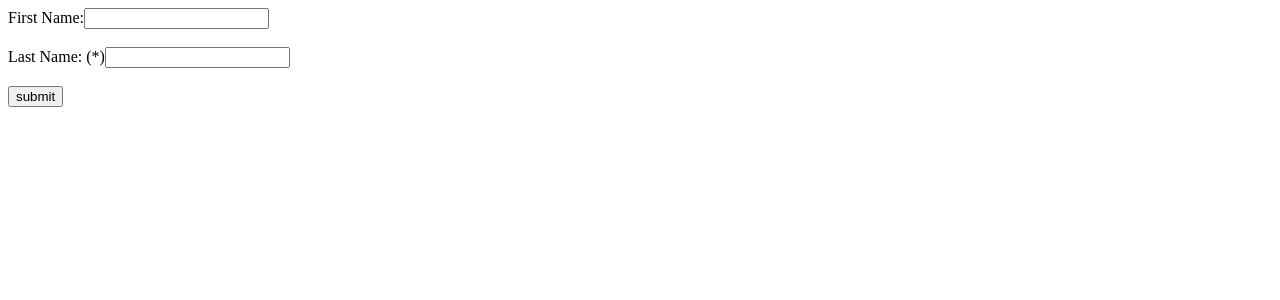
Repository: subhadeep-bis/spring-mvc
Page: http://localhost/form-tags-data-binding/customer/showForm
The author's editor kept a copy of each file at every save. The page is drawn from the files as they stood at one save, then again after the next save.
The browser window is 1280 px wide. The pictures show the whole page.
The page is served by Tomcat 9.

Above is the page before, as saved 2019-06-27 17:25:07.

After the next save:
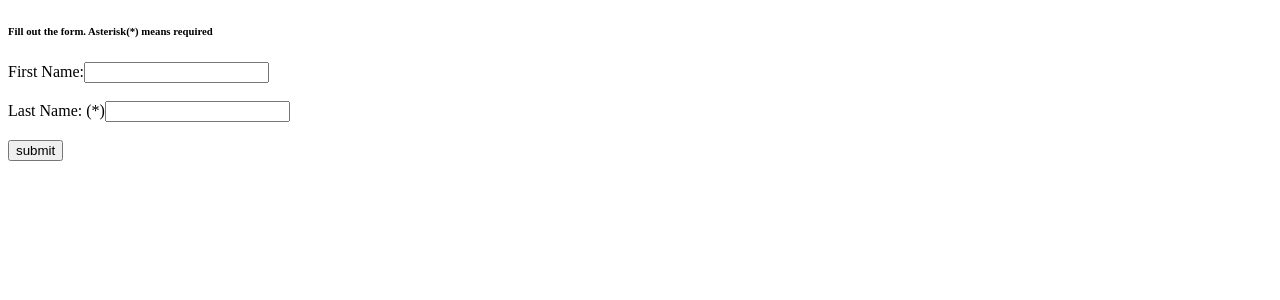
Saved 31 s later.
--- a/form-tags-data-binding/src/main/webapp/WEB-INF/views/customer-show-form.jsp
+++ b/form-tags-data-binding/src/main/webapp/WEB-INF/views/customer-show-form.jsp
@@ -13,6 +13,7 @@
 </style>
 </head>
 <body>
+	<h6>Fill out the form. Asterisk(*) means required</h6>
 	<form:form method="post" action="processForm" modelAttribute="customer">
 		First Name:<form:input path="firstName" />
 		<br/><br/>
